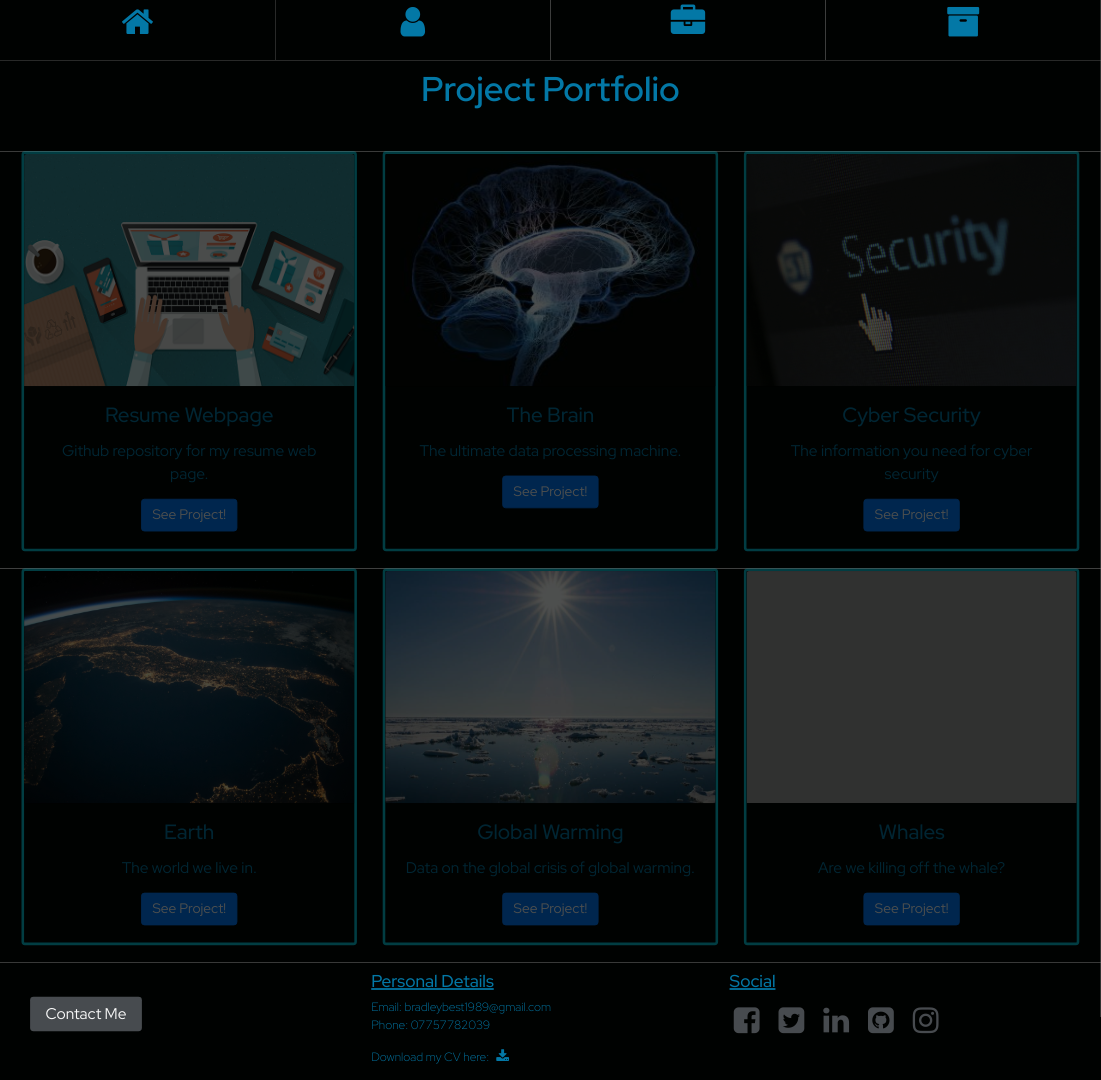
Repository: Brad000/Resume-project
Page: projects.html
The author's editor kept a record of every edit. The page is drawn from the files as they stood at one moment, then again after the next edit.
The browser window is 1280 px wide. The pictures show the whole page, at 86% of full size.
Pictures or frames that could not be fetched are drawn as grey boxes.

Above is the page before.

After the next edit:
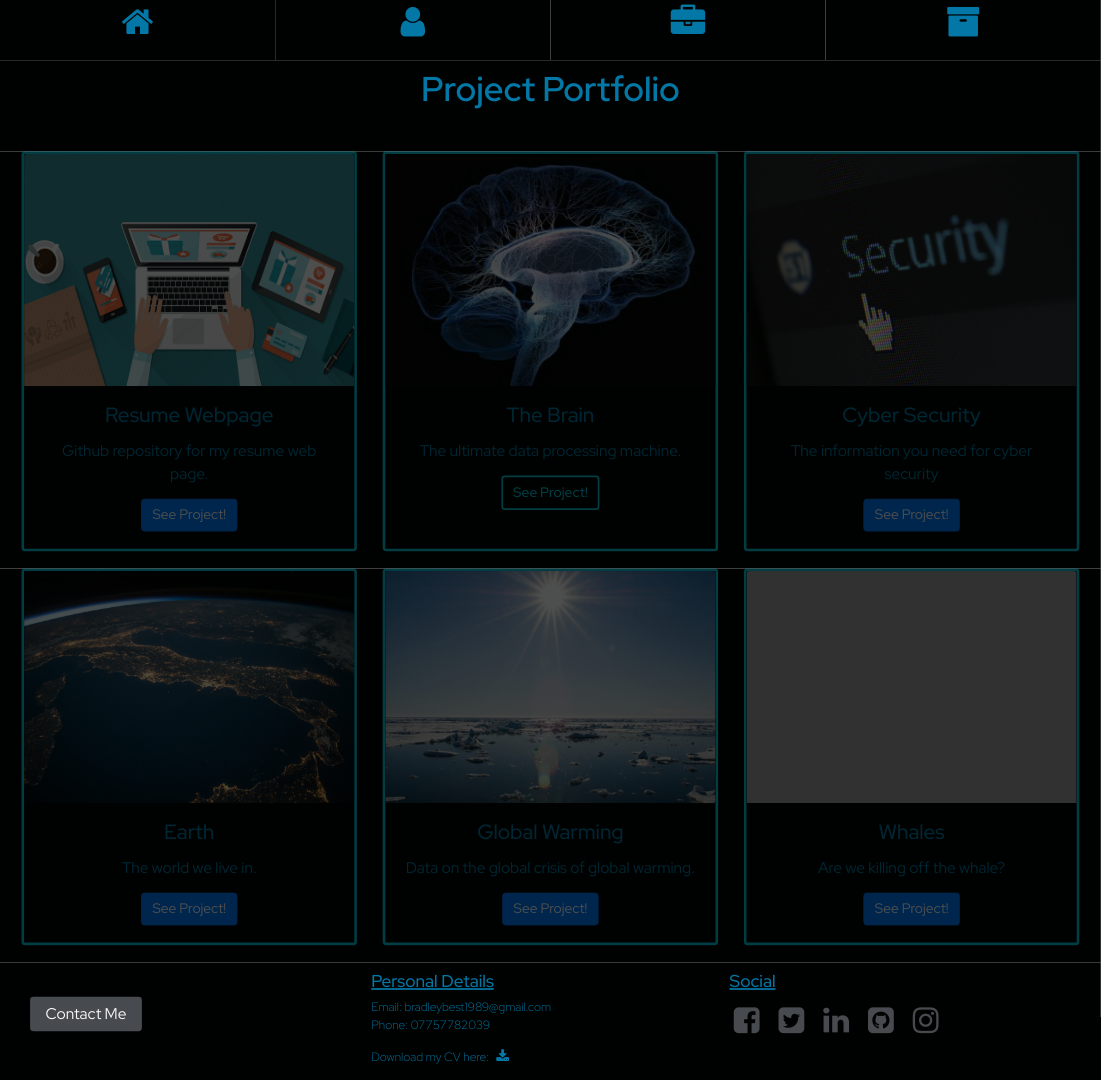
The edit:
--- a/projects.html
+++ b/projects.html
@@ -64,7 +64,7 @@
             <div class="card-body">
                 <h5 class="card-title">The Brain</h5>
                 <p class="card-text">The ultimate data processing machine.</p>
-                <a href="#" class="btn btn-primary">See Project!</a>
+                <a href="#" class="btn btn-primary card-button">See Project!</a>
             </div>
         </div>
         <div class="card text-center">
